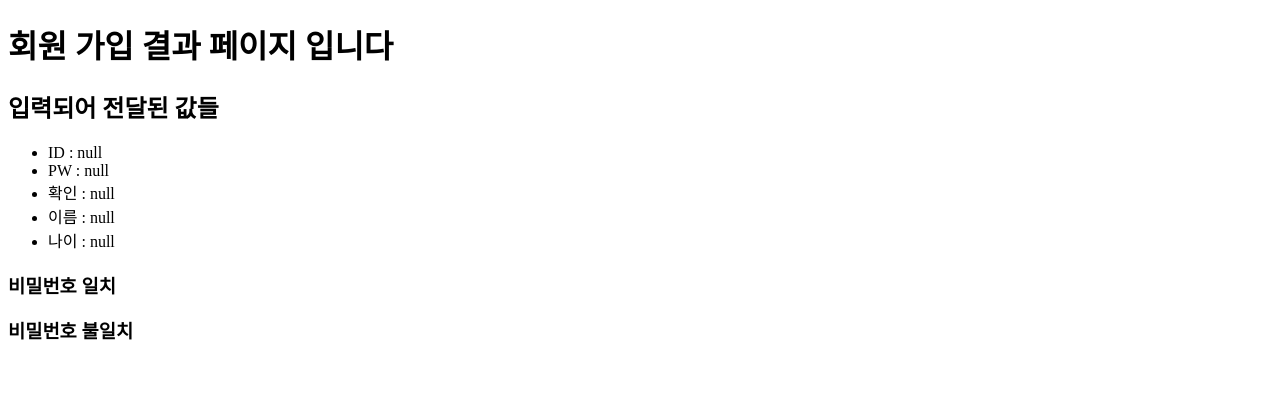
Repository: manggo999/05_Server
Page: http://localhost/ServletPractice/WEB-INF/views/signup_result.jsp
An editor plug-in stored every save of this project. The page is shown before and after the next save, followed by the edit.
The browser window is 1280 px wide. The pictures show the whole page.
The page is served by Tomcat 10. Nobody is signed in. Other server files are loaded and not shown. The template is opened directly, without the code that normally fills it, so the values that code supplies are empty.

Above is the page before, as saved 2024-10-01 07:35:45.

### ServletPractice/src/main/webapp/WEB-INF/views/signup_result.jsp
<%@ page language="java" contentType="text/html; charset=UTF-8"
    pageEncoding="UTF-8"%>
<!DOCTYPE html>
<html>
	<head>
	<meta charset="UTF-8">
	<title>Insert title here</title>
	</head>
	<body>
	  	<h1>회원 가입 결과 페이지 입니다</h1>

	  	<h2> 입력되어 전달된 값들 </h2>

	  	 	<ul>
	  	 		<li>ID : <%= request.getParameter("inputId") %></li>
	  	 		<li>PW : <%= request.getParameter("inputPw") %></li>
	  	 		<li>확인 : <%= request.getParameter("inputPwCheck") %></li>
	  	 		<li>이름 : <%= request.getParameter("inputName") %></li>
	  	 		<li>나이 : <%= request.getParameter("inputAge") %></li>
	  	 	</ul>

	  	 	<c:if test="${param.inputPw == param.inputPwCheck}">
		        <h3>비밀번호 일치</h3>
	        </c:if>

	        <c:if test="${param.inputPw != param.inputPwCheck}">
		        <h3>비밀번호 불일치</h3>
	        </c:if>


	</body>
</html>

After the next save:
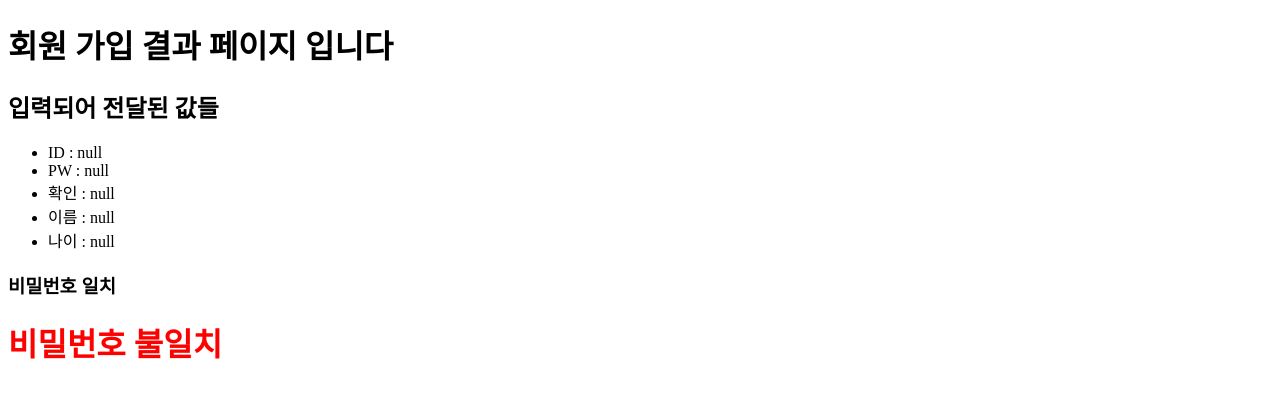
Saved 46 s later.
--- a/ServletPractice/src/main/webapp/WEB-INF/views/signup_result.jsp
+++ b/ServletPractice/src/main/webapp/WEB-INF/views/signup_result.jsp
@@ -24,7 +24,7 @@
 	        </c:if>
 
 	        <c:if test="${param.inputPw != param.inputPwCheck}">
-		        <h3>비밀번호 불일치</h3>
+		        <h1 style="color: red;">비밀번호 불일치</h1>
 	        </c:if>
 
 
